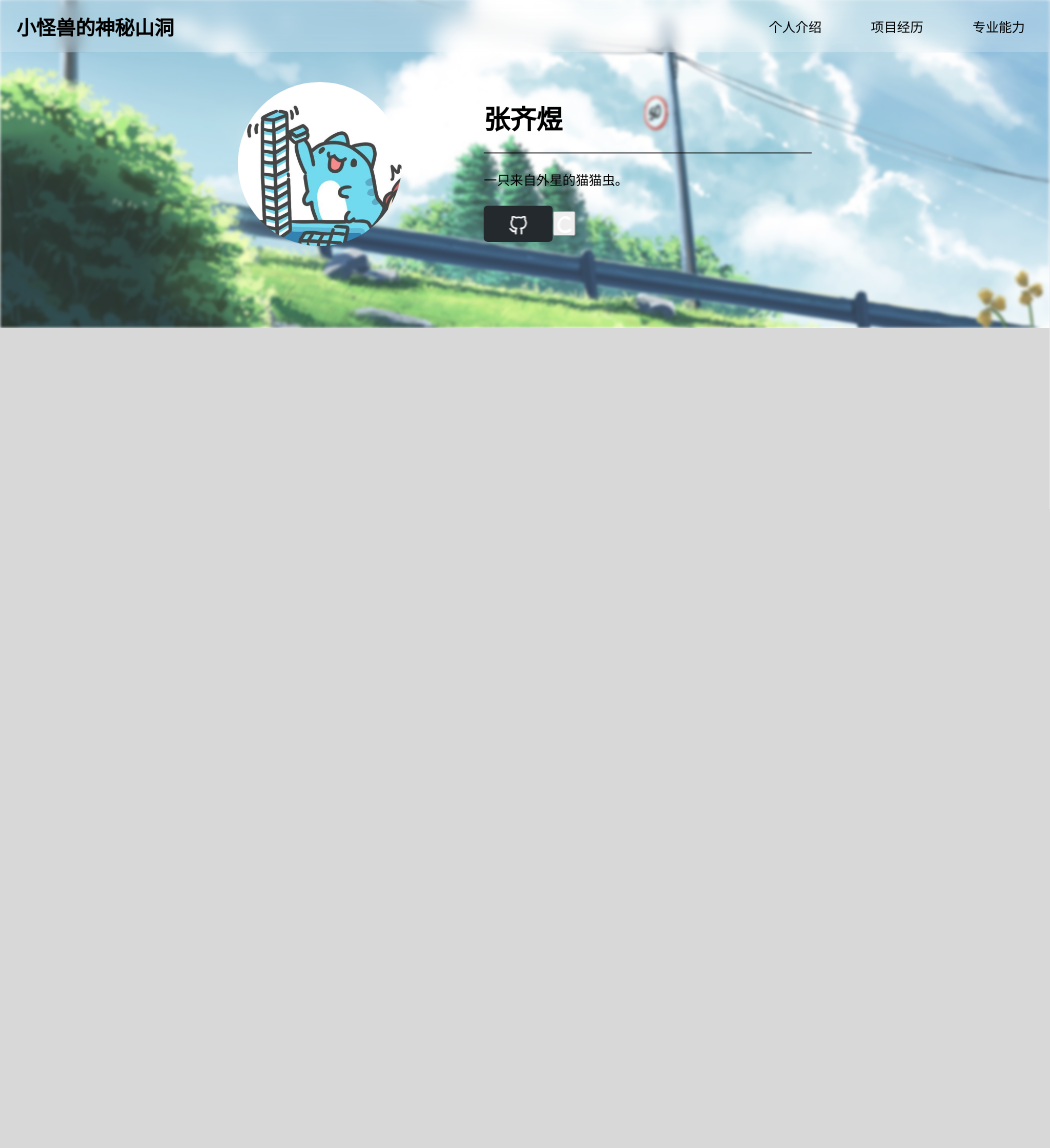
Repository: TheBiggestFatCat/myblog-frontend
Page: /
These files come from the project's save history. The page is drawn as it stood at one moment and after the next save; the edit follows.
The browser window is 1280 px wide. The pictures show the whole page, at 82% of full size.
The project was rebuilt for these pictures with package versions that can differ from the ones it lists, and the page was loaded fresh each time. Also part of the build but not shown: vite.config.ts.

Above is the page before, as saved 2023-02-26 10:42:29.

### src/style.css
* {
  margin: 0;
  box-sizing: border-box;
  padding: 0;
}

/* :root {
  font-family: Inter, system-ui, Avenir, Helvetica, Arial, sans-serif;
  line-height: 1.5;
  font-weight: 400;

  color-scheme: light dark;
  color: rgba(255, 255, 255, 0.87);
  background-color: #242424;

  font-synthesis: none;
  text-rendering: optimizeLegibility;
  -webkit-font-smoothing: antialiased;
  -moz-osx-font-smoothing: grayscale;
  -webkit-text-size-adjust: 100%;
}

a {
  font-weight: 500;
  color: #646cff;
  text-decoration: inherit;
}
a:hover {
  color: #535bf2;
}

body {
  margin: 0;
  display: flex;
  place-items: center;
  min-width: 320px;
  min-height: 100vh;
}

h1 {
  font-size: 3.2em;
  line-height: 1.1;
}

button {
  border-radius: 8px;
  border: 1px solid transparent;
  padding: 0.6em 1.2em;
  font-size: 1em;
  font-weight: 500;
  font-family: inherit;
  background-color: #1a1a1a;
  cursor: pointer;
  transition: border-color 0.25s;
}
button:hover {
  border-color: #646cff;
}
button:focus,
button:focus-visible {
  outline: 4px auto -webkit-focus-ring-color;
}

.card {
  padding: 2em;
}

#app {
  max-width: 1280px;
  margin: 0 auto;
  padding: 2rem;
  text-align: center;
}

@media (prefers-color-scheme: light) {
  :root {
    color: #213547;
    background-color: #ffffff;
  }
  a:hover {
    color: #747bff;
  }
  button {
    background-color: #f9f9f9;
  }
} */

### src/App.vue
<script setup lang="ts">
import Home from './components/Home/Home.vue';
</script>

<template>
  <Home/>
</template>

<style scoped>
</style>

### src/components/Home/Home.vue
<template>
  <div class="home">
    <Navigation></Navigation>
    <div class="home-top">
      <div class="avatar">
        <img :src="avatar" alt="Image">
      </div>
      <div class="avatar-right">
        <h2>{{ name }}</h2>
        <div class="border"></div>
        <p v-for="i in introduction" :key="i">{{ i }}</p>
        <a href="https://github.com/" target="_blank">
          <button><img src="@/assets/icons/github.svg" style="position: relative; top: 4px;" alt=""></button>
        </a>
        <a href="https://csdn.com/">
          <button><img src="@/assets/icons/csdn.svg" style="position: relative; top: 2px; width: 24px" alt=""></button>
        </a>
      </div>
    </div>
    <div class="home-body">
      <div class="personal">
        <h3></h3>
        <div class="border"></div>
        <!-- <p>{{ personalText }}</p> -->
      </div>
    </div>
  </div>
</template>

<script lang='ts' setup>
import Navigation from './Navigation.vue';
import { ref } from 'vue'

// 头像
const avatar = ref('src/assets/pics/avatar.jpg')

// 姓名
const name = '张齐煜'

// 顶部介绍
const introduction = [
  '一只来自外星的猫猫虫。',
]

</script>

<style lang="less" scoped>
.home-top {
  width: 100vw;
  height: 400px;
  align-items: center;
  display: flex;
  flex-flow: row nowrap;
  justify-content: center;

  .avatar {
    width: 300px;
    height: 200px;
    padding-right: 60px;

    img {
      width: 200px;
      height: 200px;
      border-radius: 50%;
    }
  }

  .avatar-right {
    width: 400px;
    height: 160px;

    h2 {
      font-size: 32px;
    }

    .border {
      margin: 20px 0 20px 0;
      width: 100%;
      border-top: 1px solid #000;
    }

    p {
      margin-bottom: 20px;
    }

    // github按钮
    a:nth-of-type(1) button {
      background-color: #24292e;
      color: #fff;
      padding: 8px 30px;
      border: none;
      border-radius: 5px;
      font-size: 16px;
      cursor: pointer;
      transition: all .2s;
    }

    a:nth-of-type(1) button:hover {
      background-color: #3e4147;
    }

    // csdn按钮
    button:nth-of-type(2) {
      background-color: #d66639;
      color: #fff;
      padding: 8px 30px;
      border: none;
      border-radius: 5px;
      font-size: 16px;
      cursor: pointer;
      transition: all .2s;
      margin-left: 20px;
    }

    button:nth-of-type(2):hover {
      background-color: #d87d59;
    }
  }
}

.home-top::before {
  content: "";
  position: absolute;
  top: 0;
  left: 0;
  width: 100vw;
  height: 400px;
  // width: 100%;
  // height: 100%;
  background-image: url(@/assets/pics/home3.jpg);
  background-position: 0 -400px;
  background-size: cover;
  filter: blur(2px);
  /* 设置模糊半径 */
  opacity: 0.85;
  /* 设置不透明度 */
  z-index: -1;
  /* 将遮罩层放在最底层 */
}

.home-body {
  height: 1000px;
  background-color: #d8d8d8;
}</style>

### src/components/Home/Navigation.vue
<template>
  <nav :class="{'bg-white': !isTop, 'bg-blur': isTop}">
      <div class="logo">小怪兽的神秘山洞</div>
        <div class="ui">
          <div>个人介绍</div>
          <div>项目经历</div>
          <div>专业能力</div>
        </div>
  </nav>
</template>

<script lang="ts">
import { onMounted, onUnmounted, ref } from 'vue'

export default {
  name: 'Navigation',

  setup() {
    const isTop = ref(true)

    const handleScroll = () => {
      isTop.value = window.pageYOffset === 0
    }

    onMounted(() => {
      window.addEventListener('scroll', handleScroll)
    })

    onUnmounted(() => {
      window.removeEventListener('scroll', handleScroll)
    })

    return { isTop }
  }
}
</script>

<style lang="less" scoped>
nav {
  position: fixed;
  height: 64px;
  top: 0;
  left: 0;
  right: 0;
  padding: 0 20px 0 20px;
  transition: background-color 0.3s ease-in-out;
  display: flex;
  justify-content: space-between;
  align-items: center;
}


.logo {
  font-weight: bold;
  font-size: 24px;
}

.ui {
  display: flex;
  list-style: none;
  margin: 0;
  padding: 0;
  height: 100%;
  div {
    position: relative;
    display: flex;
    padding: 0 10px 0 10px;
    align-items: center;
    margin-left: 40px;
    height: 100%;
    cursor: pointer;
  }

  div::before {
    content: "";
    position: absolute;
    top: 0;
    left: 0;
    right: 0;
    bottom: 0;
    opacity: 0;
    background-color: rgba(0, 0, 0, 0.5); /* 半透明的灰色背景 */
    transition: opacity 0.3s ease;
  }

  div:hover::before {
  opacity: 0.3;
}
}



.bg-white {
  background-color: white;
}

.bg-blur {
  background-color: rgba(255, 255, 255, 0.198);
  backdrop-filter: blur(10px);
}
</style>

Loaded but not shown: index.html (common file); src/main.ts (common file)

After the next save:
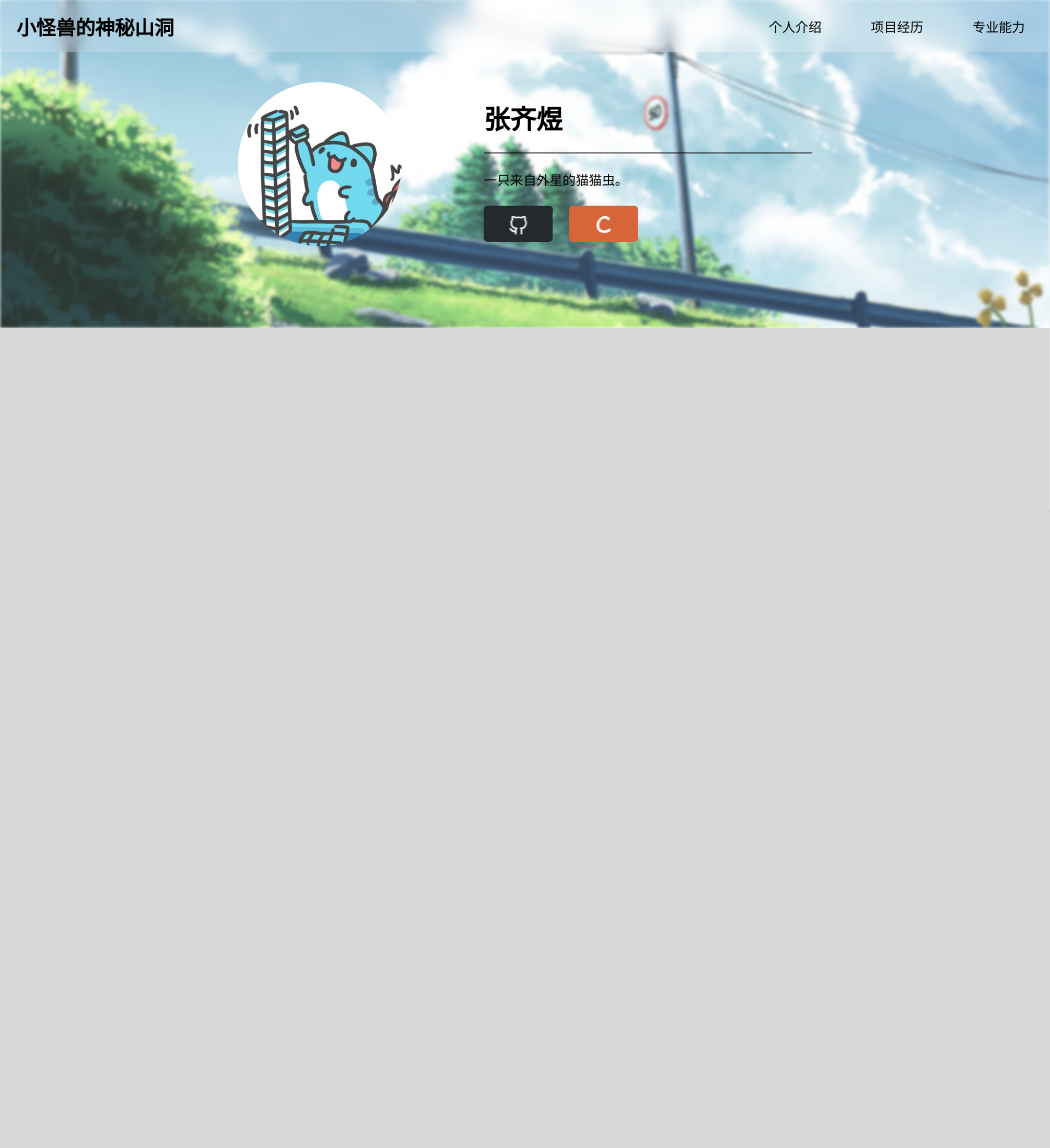
Saved 17 s later.
--- a/src/components/Home/Home.vue
+++ b/src/components/Home/Home.vue
@@ -100,7 +100,7 @@ const introduction = [
     }
 
     // csdn按钮
-    button:nth-of-type(2) {
+    a:nth-of-type(2) button{
       background-color: #d66639;
       color: #fff;
       padding: 8px 30px;
@@ -112,7 +112,7 @@ const introduction = [
       margin-left: 20px;
     }
 
-    button:nth-of-type(2):hover {
+    a:nth-of-type(2) button:hover {
       background-color: #d87d59;
     }
   }
